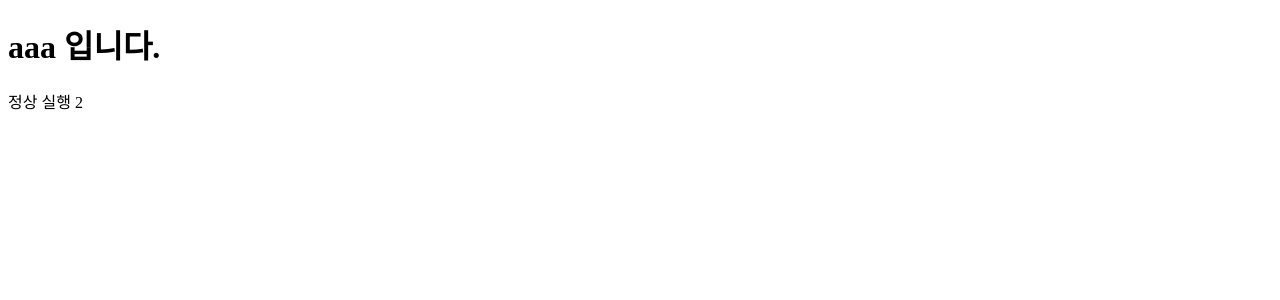
Repository: Jamikidu/newJsp
Page: http://localhost/jspProj/err/aaa.jsp
The author's editor kept a copy of each file at every save. The page is drawn from the files as they stood at one save, then again after a run of saves.
The browser window is 1280 px wide. The pictures show the whole page.
The page is served by Tomcat 9. Nobody is signed in. The application's start-up code is not run.

Above is the page before, as saved 2023-07-26 01:01:26.

After the next 2 saves:
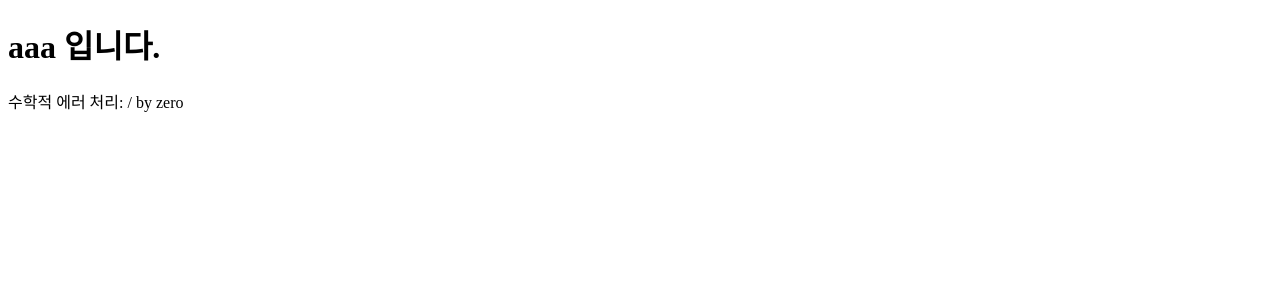
The 2 saves are shown as one change because 1 did not build or start.
The last was saved 6 min 22 s later.
--- a/jspProj/src/main/webapp/err/aaa.jsp
+++ b/jspProj/src/main/webapp/err/aaa.jsp
@@ -9,10 +9,13 @@
 <body>
 <h1>aaa 입니다.</h1>
 <%
-	int a = 10/5;
+try{
+	int a = 10/0;
 
 	out.println("정상 실행 " + a);
-
+}catch(ArithmeticException e){
+	out.println("수학적 에러 처리: "+e.getMessage());
+}
 %>
 </body>
 </html>
